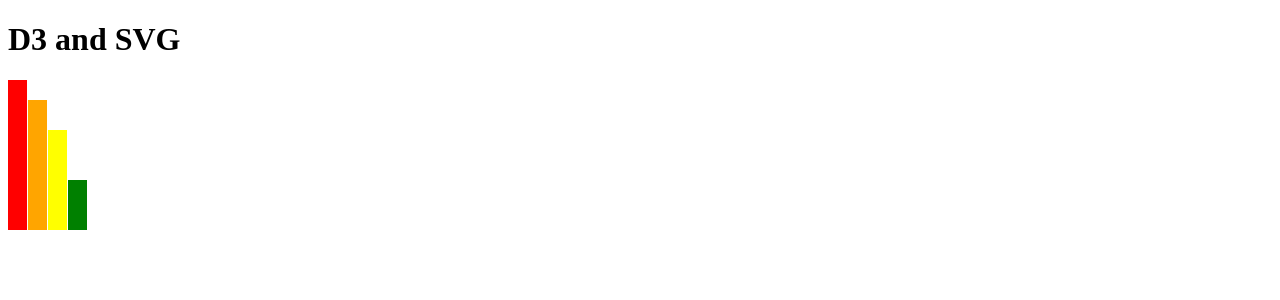
Repository: LiamB123/SVG-Intro
Page: svg.html
The author's editor kept a record of every edit. The page is drawn from the files as they stood at one moment, then again after the next edit.
The browser window is 1280 px wide. The pictures show the whole page.

Above is the page before.
Console error: SyntaxError: Unexpected token '.'

After the next edit:
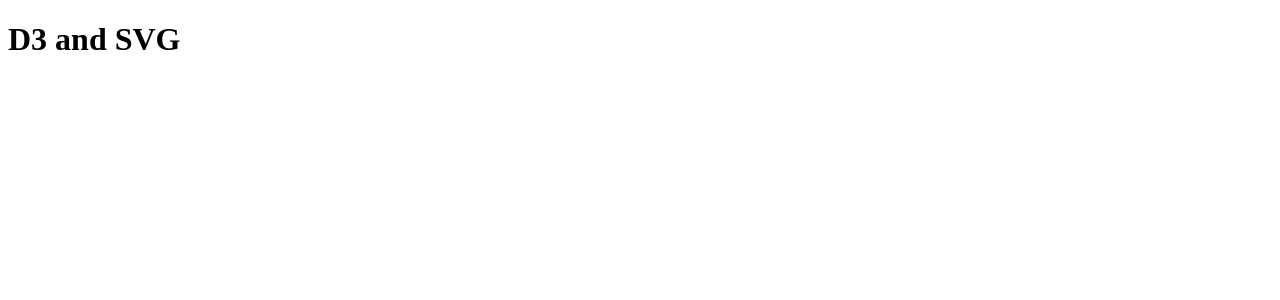
The edit:
--- a/svg.html
+++ b/svg.html
@@ -36,14 +36,7 @@
 
                 })
     </script>
-    <svg>
-     <rect x="0" y="0" width="19" height="150" fill="red" />
-     <rect x="20" y="20" width="19" height="130" fill="orange" />
-     <rect x="40" y="50" width="19" height="100" fill="yellow" />
-     <rect x="60" y="100" width="19" height="140" fill="green" />
-     <rect x="80" y="300" width="19" height="110" fill="blue" />
 
-    </svg>
 
 </body>
 </html>
